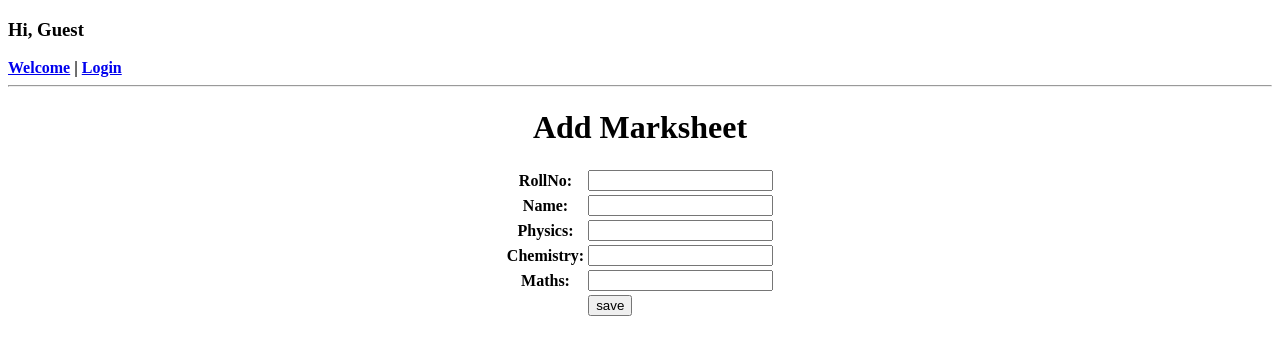
Repository: Suraj141203/DynamicWebProject
Page: http://localhost/advance-java-web/MarksheetCtl
An editor plug-in stored every save of this project. The page is shown before and after the next save, followed by the edit.
The browser window is 1280 px wide. The pictures show the whole page.
The page is served by Tomcat 9. Other server files are loaded and not shown.

Above is the page before, as saved 2024-08-12 05:54:10.

### Dynamic Web Project/advance-java-web/WebContent/MarksheetView.jsp
<%@page import="in.co.rays.bean.MarksheetBean"%>
<%@ page language="java" contentType="text/html; charset=ISO-8859-1"
	pageEncoding="ISO-8859-1"%>
<!DOCTYPE html>
<html>
<head>
<meta charset="ISO-8859-1">
<title>Insert title here</title>
</head>
<body>
	<%@ include file="Header.jsp"%>
	<form action="MarksheetCtl" method="post">
		<div align="center">
			<h1>Add Marksheet</h1>
			<%
				String msg = (String) request.getAttribute("msg");
				MarksheetBean bean = (MarksheetBean) request.getAttribute("bean");
			%>
			<%
				if (msg != null) {
			%>
			<h3>
				<font color="red"><%=msg%></font>
			</h3>
			<%
				}
			%>
			<table>
				<tr>
					<th>RollNo:</th>
					<td><input type="text" name="rollNo"
						value="<%=(bean != null) ? bean.getRollNo() : ""%>"></td>
				</tr>
				<tr>
					<th>Name:</th>
					<td><input type="text" name="name"
						value="<%=(bean != null) ? bean.getName() : ""%>"></td>
				</tr>
				<tr>
					<th>Physics:</th>
					<td><input type="text" name="physics"
						value="<%=(bean != null) ? bean.getPhysics() : ""%>"></td>
				</tr>
				<tr>
					<th>Chemistry:</th>
					<td><input type="text" name="chemistry"
						value="<%=(bean != null) ? bean.getChemistry() : ""%>"></td>
				</tr>
				<tr>
					<th>Maths:</th>
					<td><input type="text" name="maths"
						value="<%=(bean != null) ? bean.getMaths() : ""%>"></td>

				</tr>

				<tr>
					<td></td>
					<td><input type="submit" value="save"></td>
				</tr>
			</table>
		</div>
	</form>
</body>
</html>

### Dynamic Web Project/advance-java-web/WebContent/Header.jsp
<%@page import="in.co.rays.bean.UserBean"%>
<%@ page language="java" contentType="text/html; charset=ISO-8859-1"
	pageEncoding="ISO-8859-1"%>
<!DOCTYPE html>
<html>
<head>
<meta charset="ISO-8859-1">
<title>Insert title here</title>
</head>
<body>
	<%
		UserBean user = (UserBean) session.getAttribute("user");
	%>
	<%
		if (user != null) {
	%>
	<h3>
		Hi,
		<%=user.getFirstName()%></h3>
	<a href="UserCtl.do"><b>Add User</b></a>
	<b>|</b>
	<a href="UserListCtl.do"><b>User List</b></a>
	<b>|</b>
	<a href="MarksheetCtl.do"><b>Add Marksheet</b></a>
	<b>|</b>
	<a href="MarksheetListCtl.do"><b>Marksheet List</b></a>
	<b>|</b>
	<a href="LoginCtl?operation=logout"><b>Logout</b></a>
	<%
		} else {
	%>
	<h3>Hi, Guest</h3>
	<a href="WelcomeCtl"><b>Welcome</b></a>
	<b>|</b>
	<a href="LoginCtl"><b>Login</b></a>
	<%
		}
	%>
	<hr>
</body>
</html>

### Dynamic Web Project/advance-java-web/src/in/co/rays/ctl/MarksheetCtl.java
package in.co.rays.ctl;

import java.io.IOException;
import java.text.ParseException;
import java.text.SimpleDateFormat;

import javax.servlet.RequestDispatcher;
import javax.servlet.ServletException;
import javax.servlet.annotation.WebServlet;
import javax.servlet.http.HttpServlet;
import javax.servlet.http.HttpServletRequest;
import javax.servlet.http.HttpServletResponse;

import in.co.rays.bean.MarksheetBean;
import in.co.rays.bean.UserBean;
import in.co.rays.model.MarksheetModel;
import in.co.rays.model.UserModel;

@WebServlet("/MarksheetCtl")
public class  MarksheetCtl extends HttpServlet {

	@Override
	protected void doGet(HttpServletRequest req, HttpServletResponse resp) throws ServletException, IOException {
		String id = req.getParameter("id");

		if (id != null) {
			MarksheetModel model = new MarksheetModel();
			try {
				MarksheetBean bean = model.findByPk(Integer.parseInt(id));
				req.setAttribute("bean", bean);
			} catch (Exception e) {
				e.printStackTrace();
			}
		}

		RequestDispatcher rd = req.getRequestDispatcher("MarksheetView.jsp");
		rd.forward(req, resp);
	}

	@Override
	protected void doPost(HttpServletRequest req, HttpServletResponse resp) throws ServletException, IOException {

		String rollNo  = req.getParameter("rollNo");
		String name = req.getParameter("name");
		String physics = req.getParameter("physics");
		String chemistry = req.getParameter("chemistry");
	    String maths = req.getParameter("maths");

	    System.out.println(rollNo);
		System.out.println(name);
		System.out.println(physics);
		System.out.println(chemistry);
		System.out.println(maths);


		MarksheetBean bean = new MarksheetBean();
		bean.setRollNo(Integer.parseInt(rollNo));
		bean.setName(name);
		bean.setPhysics(Integer.parseInt(physics));
		bean.setChemistry(Integer.parseInt(chemistry));
        bean.setMaths(Integer.parseInt(maths));

		MarksheetModel model = new MarksheetModel();

		try {
			model.add(bean);
			req.setAttribute("msg", "Marksheet Added Successfully..!!");
		} catch (Exception e) {
			req.setAttribute("msg", e.getMessage());
		}

		RequestDispatcher rd = req.getRequestDispatcher("MarksheetView.jsp");
		rd.forward(req, resp);
	}


	}

After the next save:
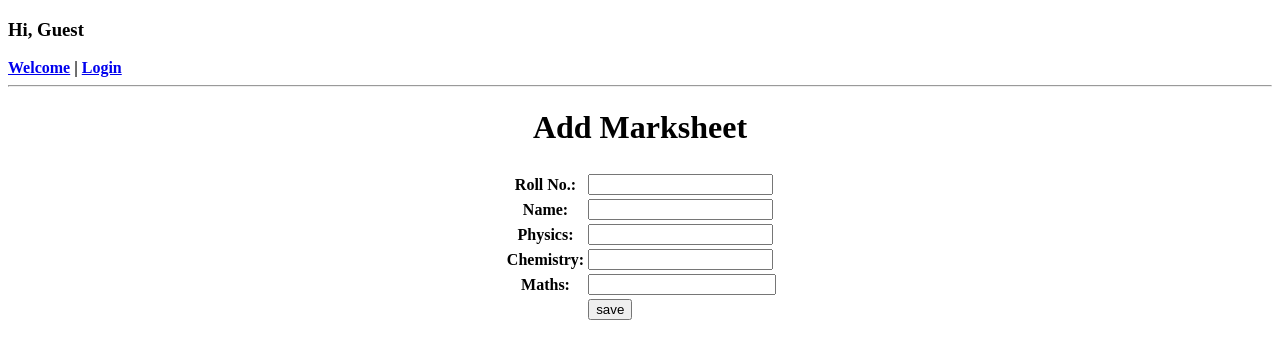
Saved 45 s later.
--- a/Dynamic Web Project/advance-java-web/WebContent/MarksheetView.jsp
+++ b/Dynamic Web Project/advance-java-web/WebContent/MarksheetView.jsp
@@ -9,12 +9,22 @@
 </head>
 <body>
 	<%@ include file="Header.jsp"%>
-	<form action="MarksheetCtl" method="post">
+	<form action="MarksheetCtl.do" method="post">
 		<div align="center">
-			<h1>Add Marksheet</h1>
 			<%
 				String msg = (String) request.getAttribute("msg");
 				MarksheetBean bean = (MarksheetBean) request.getAttribute("bean");
+			%>
+			<%
+				if (bean != null && bean.getId() > 0) {
+			%>
+			<h1>Update Marksheet</h1>
+			<%
+				} else {
+			%>
+			<h1>Add Marksheet</h1>
+			<%
+				}
 			%>
 			<%
 				if (msg != null) {
@@ -27,8 +37,13 @@
 			%>
 			<table>
 				<tr>
-					<th>RollNo:</th>
-					<td><input type="text" name="rollNo"
+					<th></th>
+					<td><input type="hidden" name="id"
+						value="<%=(bean != null) ? bean.getId() : ""%>"></td>
+				</tr>
+				<tr>
+					<th>Roll No.:</th>
+					<td><input type="number" name="rollNo"
 						value="<%=(bean != null) ? bean.getRollNo() : ""%>"></td>
 				</tr>
 				<tr>
@@ -38,24 +53,24 @@
 				</tr>
 				<tr>
 					<th>Physics:</th>
-					<td><input type="text" name="physics"
+					<td><input type="number" name="physics"
 						value="<%=(bean != null) ? bean.getPhysics() : ""%>"></td>
 				</tr>
 				<tr>
 					<th>Chemistry:</th>
-					<td><input type="text" name="chemistry"
+					<td><input type="number" name="chemistry"
 						value="<%=(bean != null) ? bean.getChemistry() : ""%>"></td>
 				</tr>
 				<tr>
 					<th>Maths:</th>
-					<td><input type="text" name="maths"
-						value="<%=(bean != null) ? bean.getMaths() : ""%>"></td>
-
+					<td><input type="number" name="maths"
+						value="<%=(bean != null) ? bean.getMaths() : ""%>"
+						style="width: 97%"></td>
 				</tr>
-
 				<tr>
 					<td></td>
-					<td><input type="submit" value="save"></td>
+					<td><input type="submit" name="operation"
+						value="<%=(bean != null) ? "update" : "save"%>"></td>
 				</tr>
 			</table>
 		</div>
